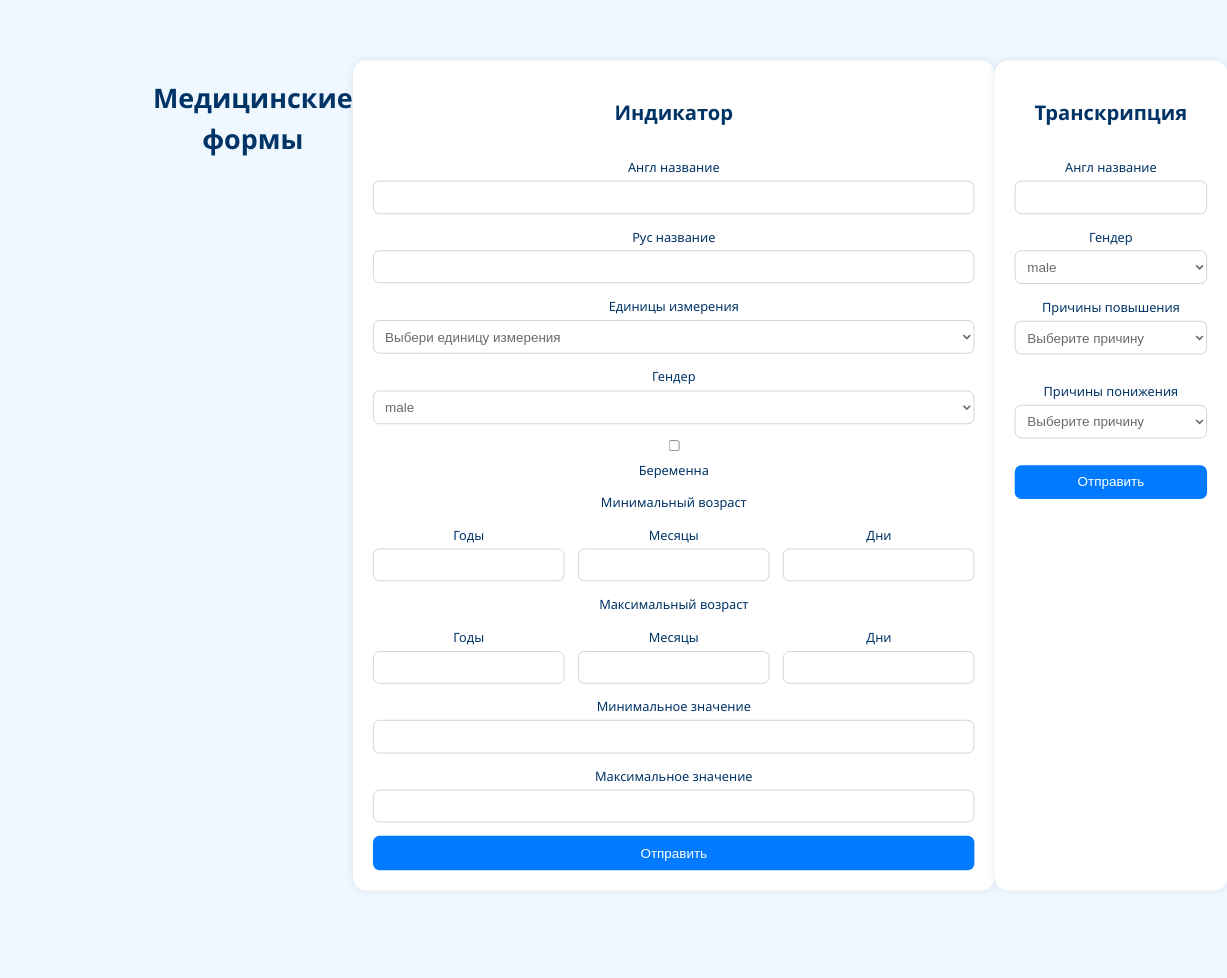
Repository: GGlebux/Transay
Page: / (app in frontend/)
These files come from the project's save history. The page is drawn as it stood at one moment and after the next save; the edit follows.
The browser window is 1280 px wide. The page is 1461 px wide, then 1280 px, so the pictures cover 1461 px, including what lies to the right of the window. The pictures show the whole page, at 84% of full size.
The project was rebuilt for these pictures with package versions that can differ from the ones it lists, and the page was loaded fresh each time. Also part of the build but not shown: frontend/vite.config.ts.

Above is the page before, as saved 2025-08-04 16:36:00.

After the next save:
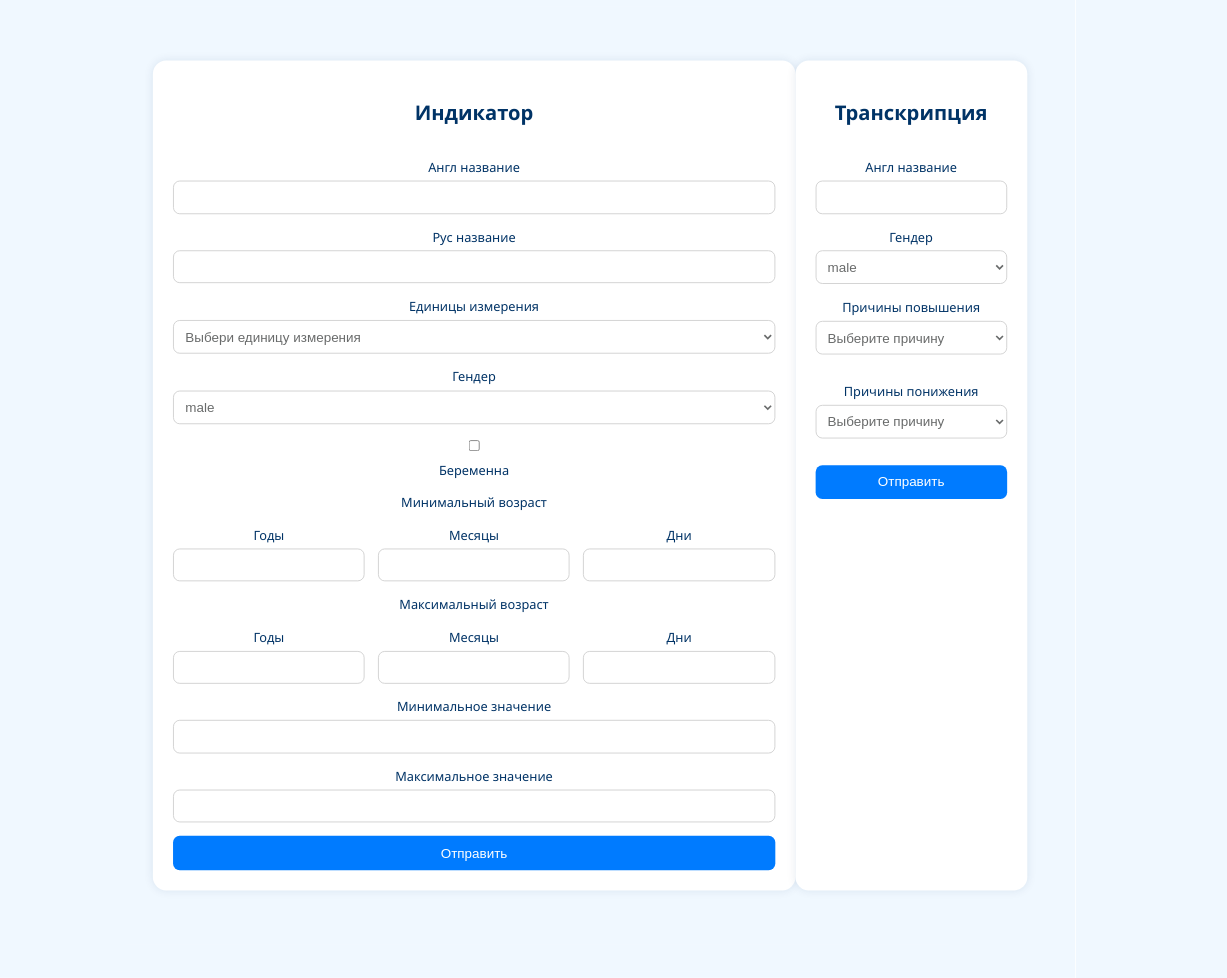
Saved 41 s later.
--- a/frontend/src/App.tsx
+++ b/frontend/src/App.tsx
@@ -5,7 +5,6 @@ import TranscriptForm from './components/TranscriptForm';
 function App() {
   return (
     <div className="container">
-      <h1>Медицинские формы</h1>
       <IndicatorForm />
       <TranscriptForm />
     </div>
